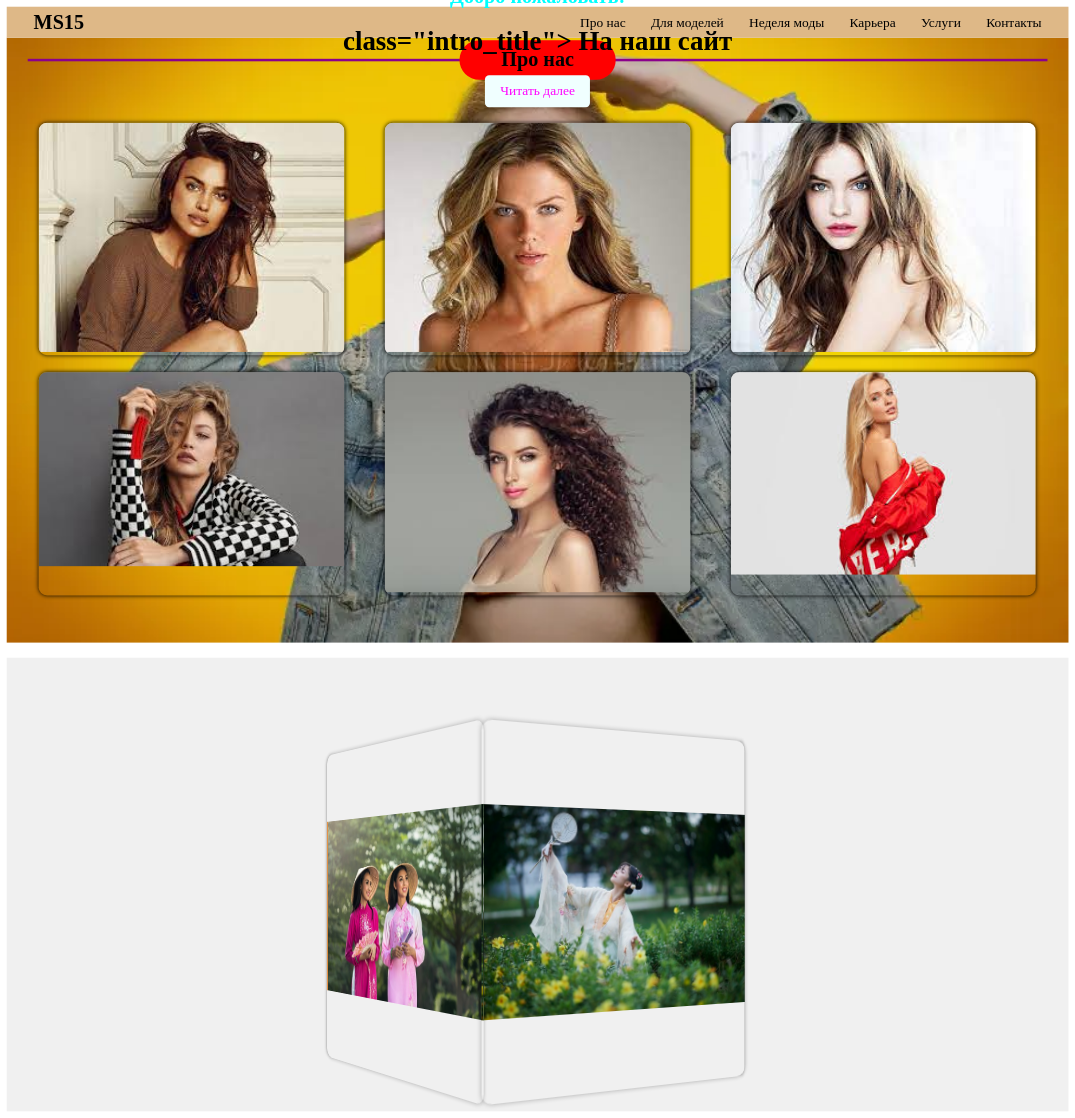
Repository: qtqqrdy13/model-studio
Page: index.html
These files come from the project's save history. The page is drawn as it stood at one moment and after the next save; the edit follows.
The browser window is 1280 px wide. The pictures show the whole page, at 84% of full size.

Above is the page before, as saved 2023-08-22 18:59:56.

After the next save:
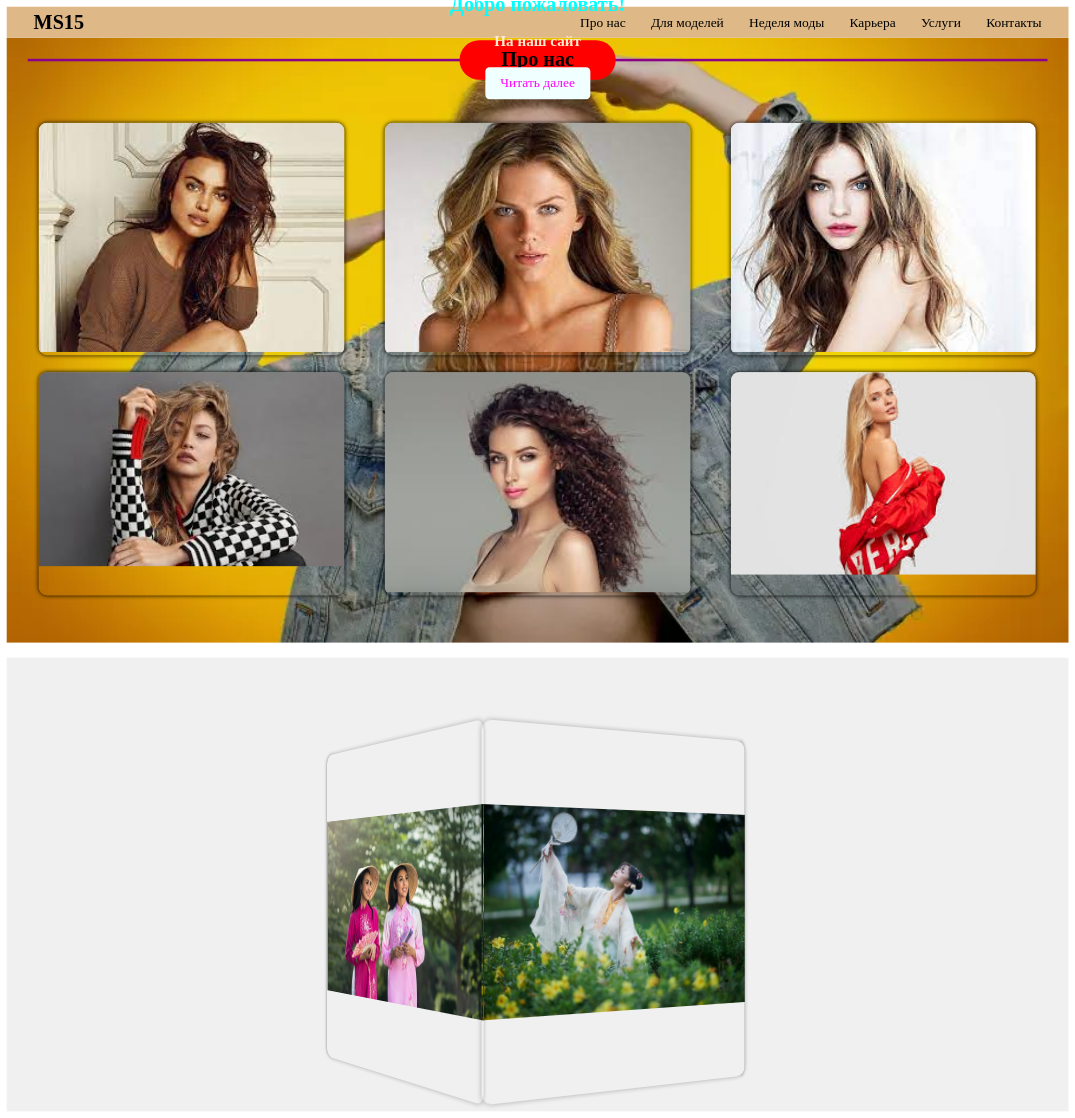
Saved 18 s later.
--- a/index.html
+++ b/index.html
@@ -33,7 +33,7 @@
             <h2 class="intro_suptitle">
                 Добро пожаловать!
             </h2>
-            <h1> class="intro_title">
+            <h1 class="intro_title">
                 На наш сайт
             </h1>
                     <a class="button">
